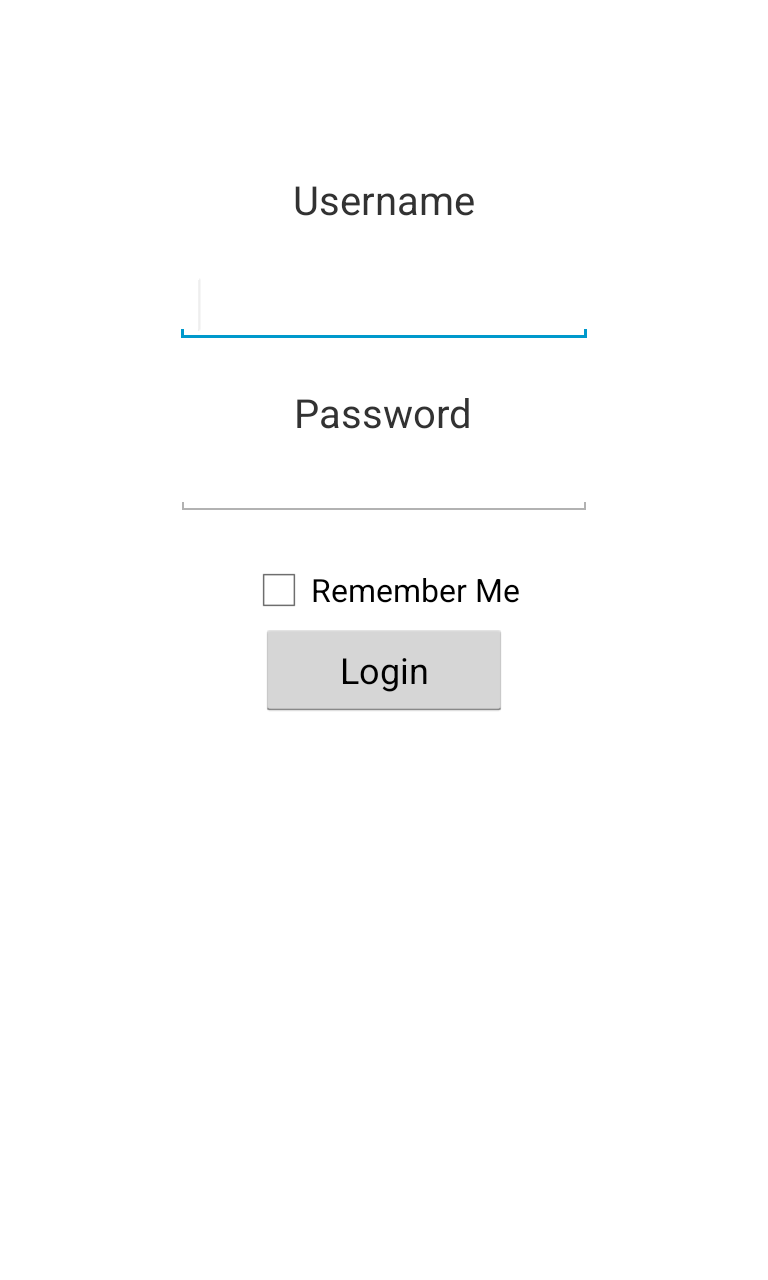
Repository: emeryduh/AndroidProject
Layout: client/TeamJonesProject/res/layout/activity_login.xml
An editor plug-in stored every save of this project. The layout is shown before and after the next save, followed by the edit.
It is drawn on a 768 x 1280 px phone screen (xhdpi) without system bars, with theme AppTheme; the app's code is not run.

Above is the layout before, as saved 2014-10-01 01:28:03.

### client/TeamJonesProject/res/layout/activity_login.xml
<RelativeLayout xmlns:android="http://schemas.android.com/apk/res/android"
    xmlns:tools="http://schemas.android.com/tools"
    android:layout_width="match_parent"
    android:layout_height="match_parent"
    android:paddingBottom="@dimen/activity_vertical_margin"
    android:paddingLeft="@dimen/activity_horizontal_margin"
    android:paddingRight="@dimen/activity_horizontal_margin"
    android:paddingTop="@dimen/activity_vertical_margin"
    tools:context="com.comp313.LoginActivity" >

    <LinearLayout
        android:id="@+id/linearLayout_header"
        android:layout_width="match_parent"
        android:layout_height="@dimen/bodySpacing_headerHeight"
        android:layout_alignParentLeft="true"
        android:layout_alignParentTop="true"
        android:orientation="vertical" >
    </LinearLayout>

    <LinearLayout
        android:id="@+id/linearLayout_body"
        android:layout_width="match_parent"
        android:layout_height="wrap_content"
        android:layout_alignLeft="@+id/linearLayout_header"
        android:layout_below="@+id/linearLayout_header"
        android:orientation="vertical" >

        <TextView
            android:id="@+id/username_text"
            android:layout_width="wrap_content"
            android:layout_height="wrap_content"
            android:layout_gravity="center_horizontal"
            android:text="@string/username_text"
            android:textSize="20sp" />

        <EditText
            android:id="@+id/username_field"
            android:layout_width="wrap_content"
            android:layout_height="wrap_content"
            android:layout_gravity="center_horizontal"
            android:layout_marginTop="@dimen/bodySpacing_top"
            android:ems="10"
            android:inputType="textAutoComplete" >

            <requestFocus />
        </EditText>

        <TextView
            android:id="@+id/password_text"
            android:layout_width="wrap_content"
            android:layout_height="wrap_content"
            android:layout_gravity="center_horizontal"
            android:layout_marginTop="@dimen/bodySpacing_top"
            android:text="@string/password_text"
            android:textSize="20sp" />

        <EditText
            android:id="@+id/password_field"
            android:layout_width="wrap_content"
            android:layout_height="wrap_content"
            android:layout_gravity="center_horizontal"
            android:ems="10"
            android:inputType="textPassword" />

        <CheckBox
            android:id="@+id/rememberMeCheckBox"
            android:layout_width="wrap_content"
            android:layout_height="wrap_content"
            android:layout_gravity="center_horizontal"
            android:layout_marginTop="@dimen/bodySpacing_top"
            android:text="@string/rememberMe_text" />

        <Button
            android:id="@+id/loginButton"
            android:layout_width="250px"
            android:layout_height="wrap_content"
            android:layout_gravity="center_horizontal"
            android:text="@string/login_text" />

    </LinearLayout>

    <LinearLayout
        android:id="@+id/linearLayout_footer"
        android:layout_width="match_parent"
        android:layout_height="wrap_content"
        android:layout_alignParentBottom="true"
        android:layout_alignParentLeft="true"
        android:layout_marginBottom="50dp"
        android:orientation="vertical" >
    </LinearLayout>

</RelativeLayout>

### client/TeamJonesProject/res/values/dimens.xml
<resources>

    <!-- Default screen margins, per the Android Design guidelines. -->
    <dimen name="activity_horizontal_margin">16dp</dimen>
    <dimen name="activity_vertical_margin">16dp</dimen>

    <!-- Chat Activity Configuration -->
    <dimen name="chatbox_min_height">15dp</dimen>
    <dimen name="chatbox_max_height">150dp</dimen>
    <dimen name="chatbox_min_width">15dp</dimen>
    <dimen name="chatbox_max_width">150dp</dimen>

    <!-- Registration Activity Configuration -->
    <dimen name="bodySpacing_headerHeight">70dp</dimen>
    <dimen name="bodySpacing_top">20dp</dimen>
</resources>

### client/TeamJonesProject/res/values/strings.xml
<?xml version="1.0" encoding="utf-8"?>
<resources>

    <string name="app_name">CentChat</string>
    <string name="action_settings">Settings</string>

    <!-- Chat screen text -->
    <string name="btnSend_text">Send</string>
    <string name="default_text">Welcome to CentChat!</string>
    <string name="default_clientType_text">Type a message here.</string>

    <!-- Login screen text -->
    <string name="username_text">Username</string>
    <string name="password_text">Password</string>
    <string name="rememberMe_text">Remember Me</string>
    <string name="login_text">Login</string>
    <string name="title_activity_login">LoginActivity</string>

    <!-- Registration screen text -->
    <string name="username_registration_text">Username</string>
    <string name="email_registration_text">Email</string>
    <string name="password_registration_text">Password</string>
    <string name="password_registration_check_text">Re-enter Password</string>
    <string name="submit_registration_text">Register</string>
    <string name="title_activity_registration">RegistrationActivity</string>


</resources>

Loaded but not shown: client/TeamJonesProject/res/values/styles.xml (common file); client/TeamJonesProject/res/values-v11/styles.xml (common file); client/TeamJonesProject/res/values-v14/styles.xml (common file); client/TeamJonesProject/res/values-w820dp/dimens.xml (common file)

After the next save:
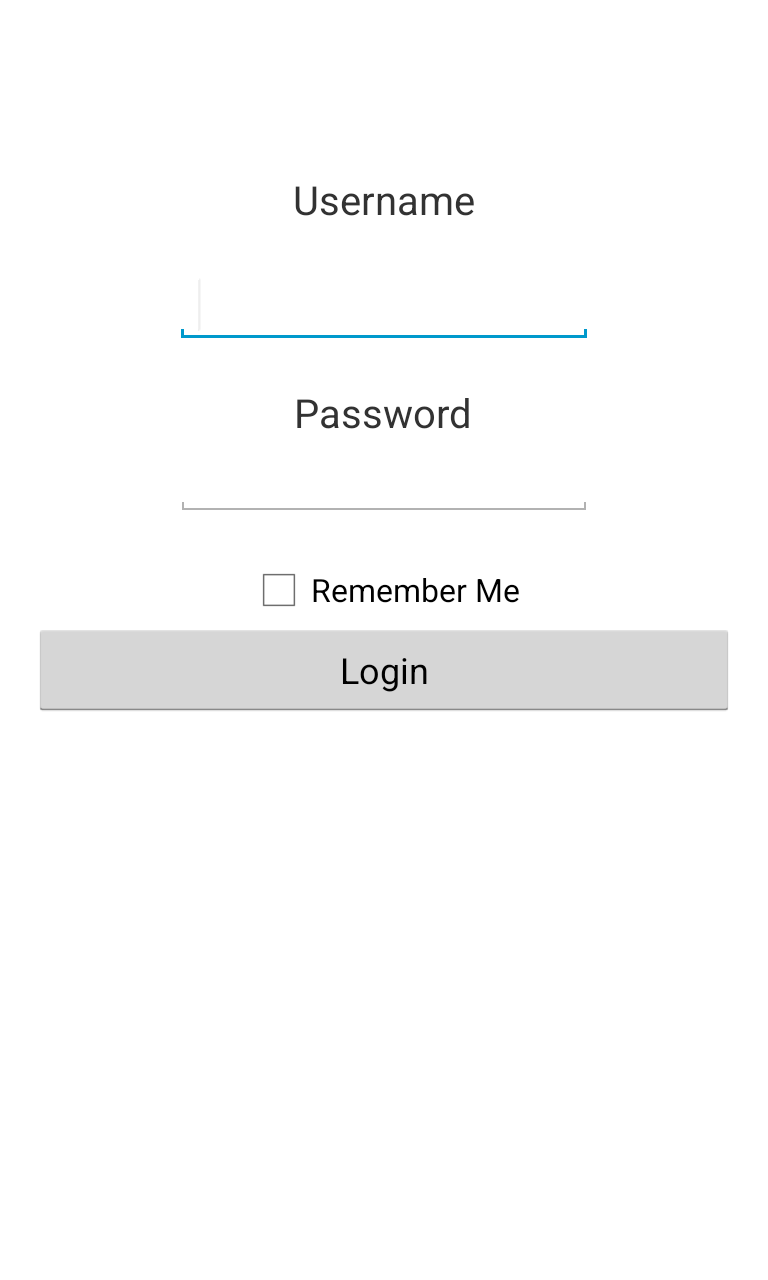
Saved 41 s later.
--- a/client/TeamJonesProject/res/layout/activity_login.xml
+++ b/client/TeamJonesProject/res/layout/activity_login.xml
@@ -72,7 +72,7 @@
 
         <Button
             android:id="@+id/loginButton"
-            android:layout_width="250px"
+            android:layout_width="match_parent"
             android:layout_height="wrap_content"
             android:layout_gravity="center_horizontal"
             android:text="@string/login_text" />
